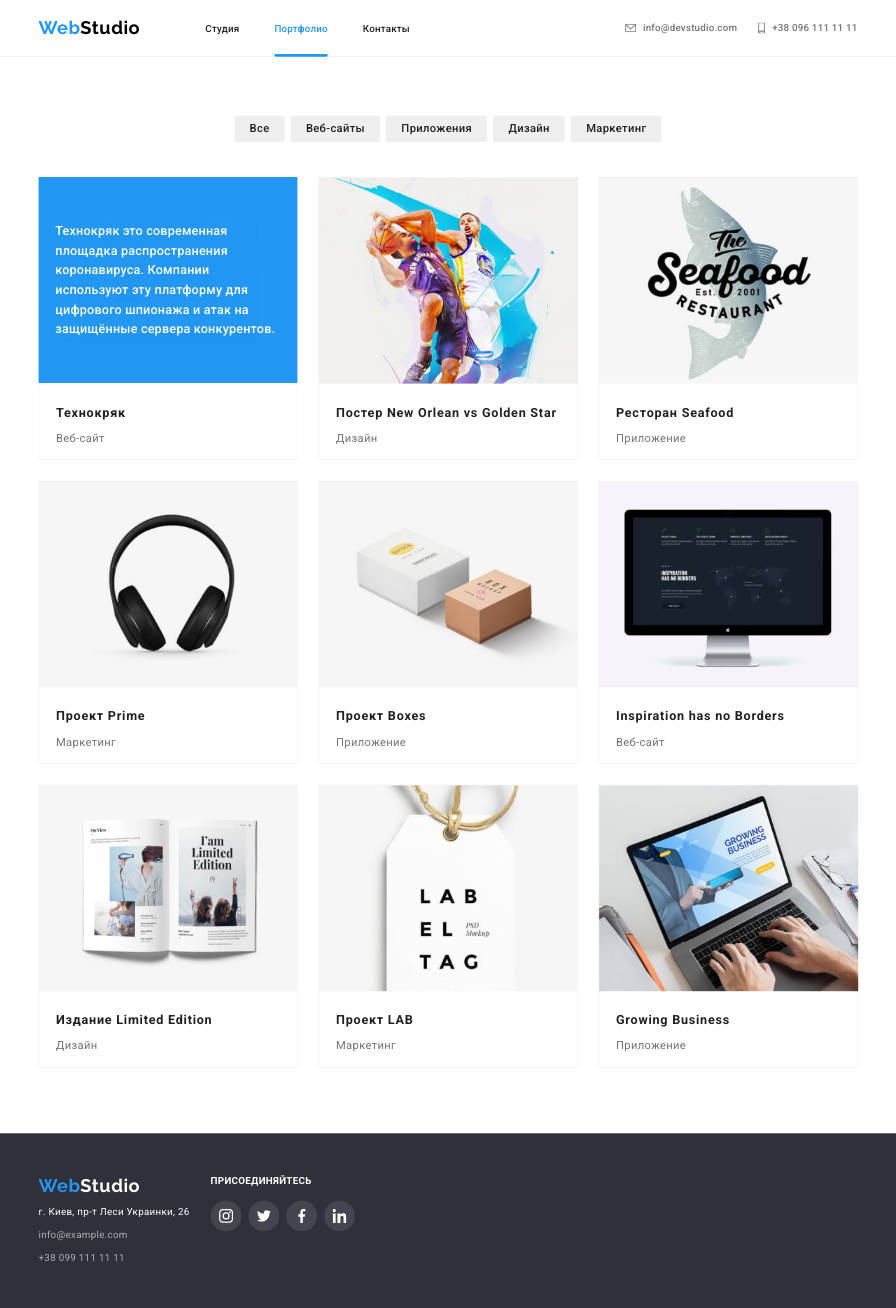
Repository: UliyaKucherernko/home-work-8
Page: porfolio.html
The author's editor kept a copy of each file at every save. The page is drawn from the files as they stood at one save, then again after the next save.
The browser window is 1280 px wide. The pictures show the whole page, at 70% of full size.

Above is the page before, as saved 2021-04-14 01:25:07.

After the next save:
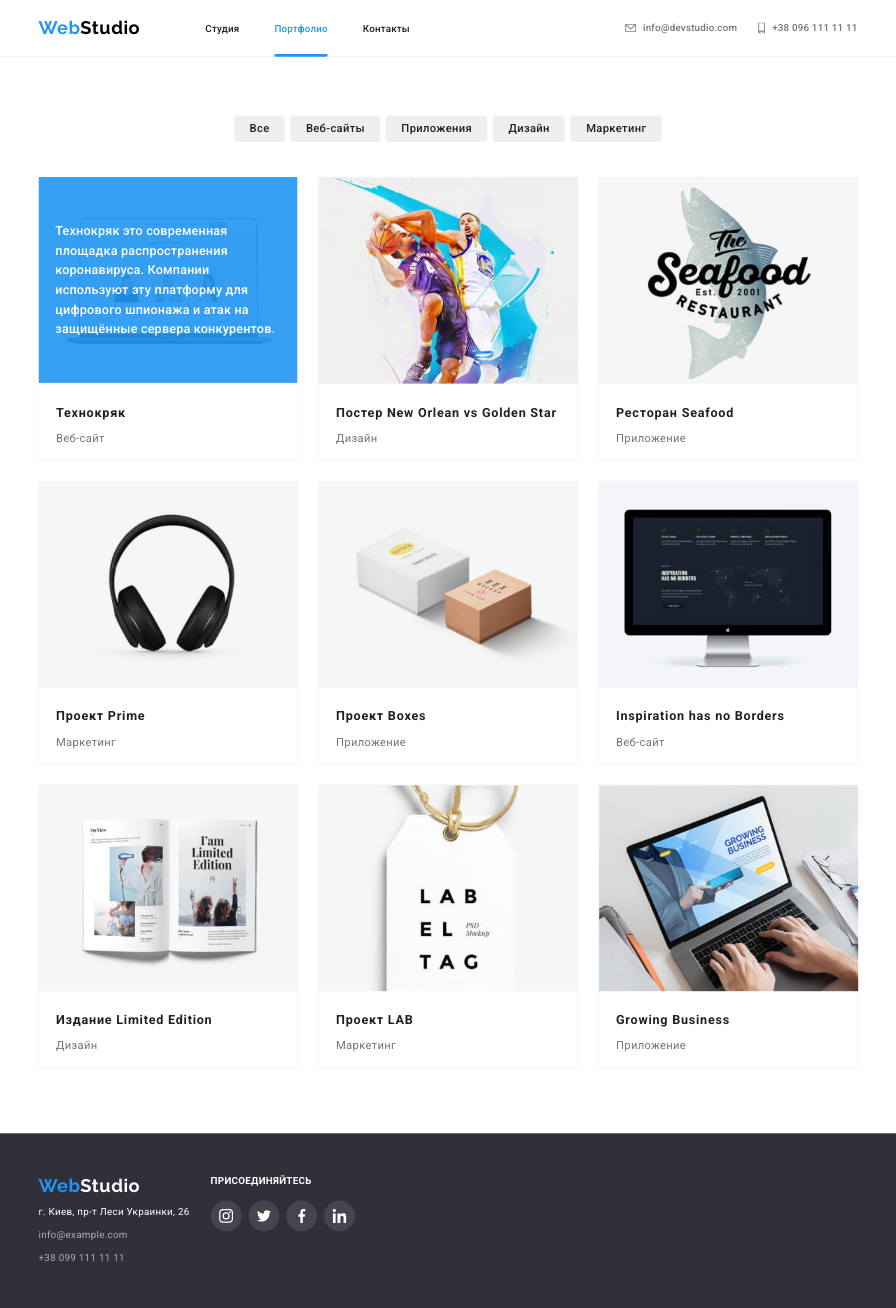
Saved 54 s later.
--- a/css/styles.css
+++ b/css/styles.css
@@ -391,7 +391,7 @@ button:focus {
   align-items: center;
   width: 370px;
   height: 294px;
-  background: rgba(33, 150, 243, 0.9);
+  /*  background: rgba(33, 150, 243, 0.9); */
   transition-property: transform, background-color;
   transform: translateY(0%);
   transition-duration: 250ms;
